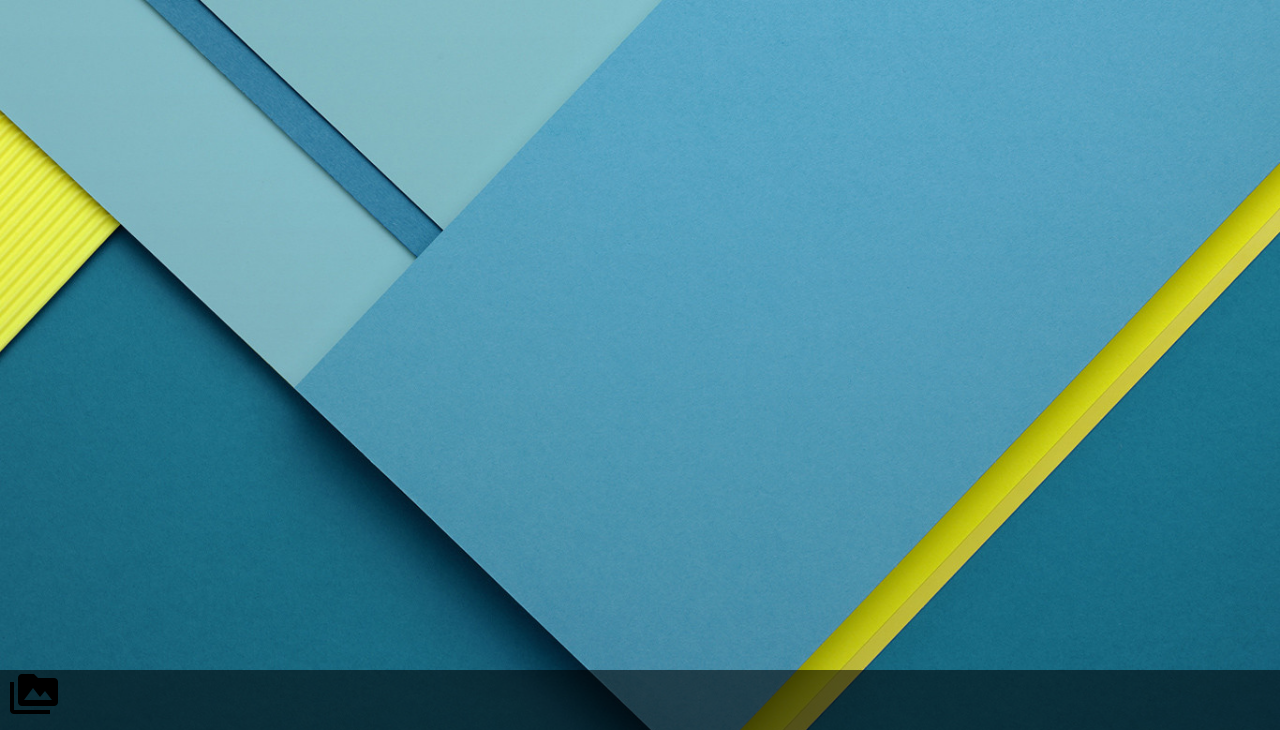
Repository: sk222sw/1dv403-laborationer
Page: 5-pwd/index.html
The author's editor kept a record of every edit. The page is drawn from the files as they stood at one moment, then again after the next edit.
The browser window is 1280 px wide. The pictures show the whole page.

Above is the page before.

After the next edit:
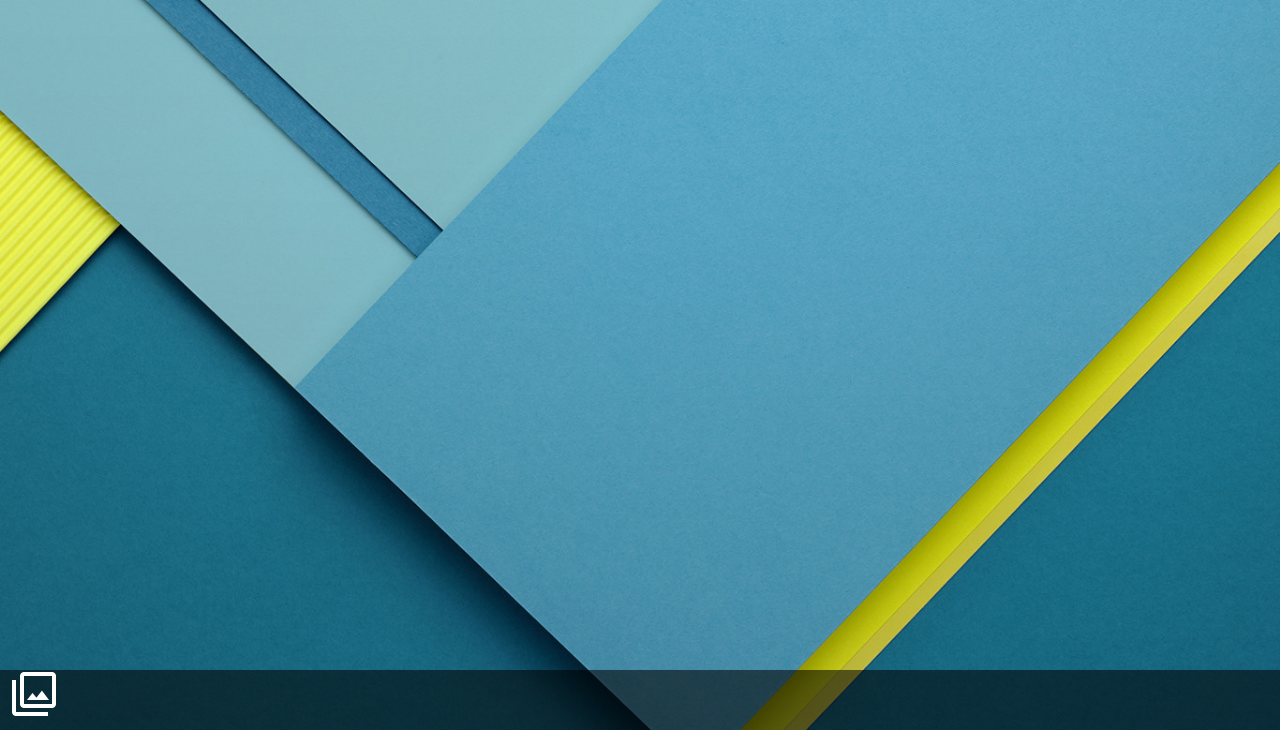
The edit:
--- a/5-pwd/style/style.css
+++ b/5-pwd/style/style.css
@@ -30,7 +30,7 @@
 }
 
 #iconImageViewer {
-    background-image: url("../pics/imageicon48.png");
+    background-image: url("../pics/imageviewerwhite.png");
     background-repeat: no-repeat;
 }
 
